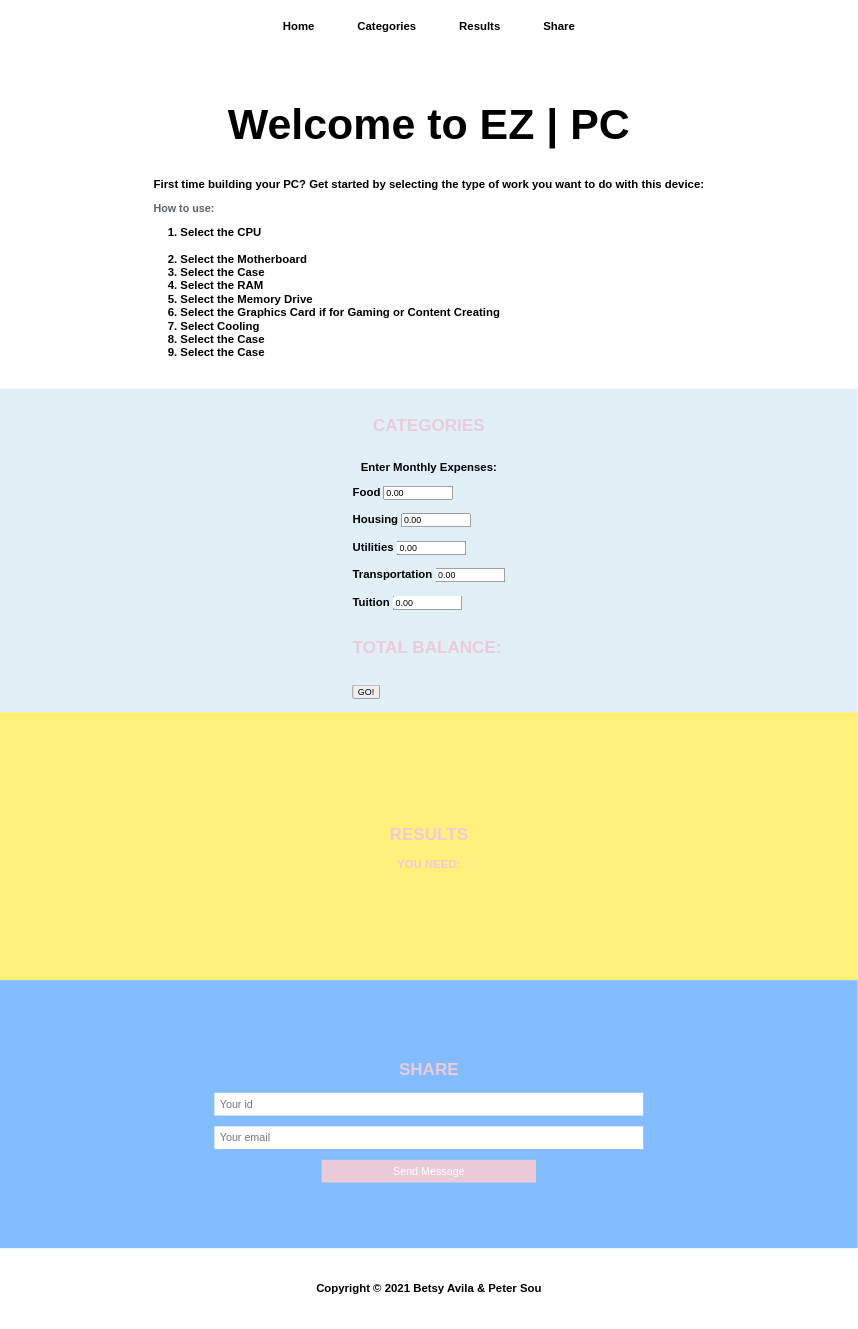
Repository: Peter-Sou/CSE-111-Project-1
Page: EZPCAPP/templates/EZPCAPP/hi.html
These files come from the project's save history. The page is drawn as it stood at one moment and after a run of saves; the edit follows.
The browser window is 1280 px wide. The pictures show the whole page, at 67% of full size.
Some web fonts or font styles are not loaded; a fallback is used. The page is served by the project's application, run on Django 3.2 (manage.py). The template is opened directly, without the code that normally fills it, so the values that code supplies are empty.

Above is the page before, as saved 2021-12-07 18:36:02.

After the next 3 saves:
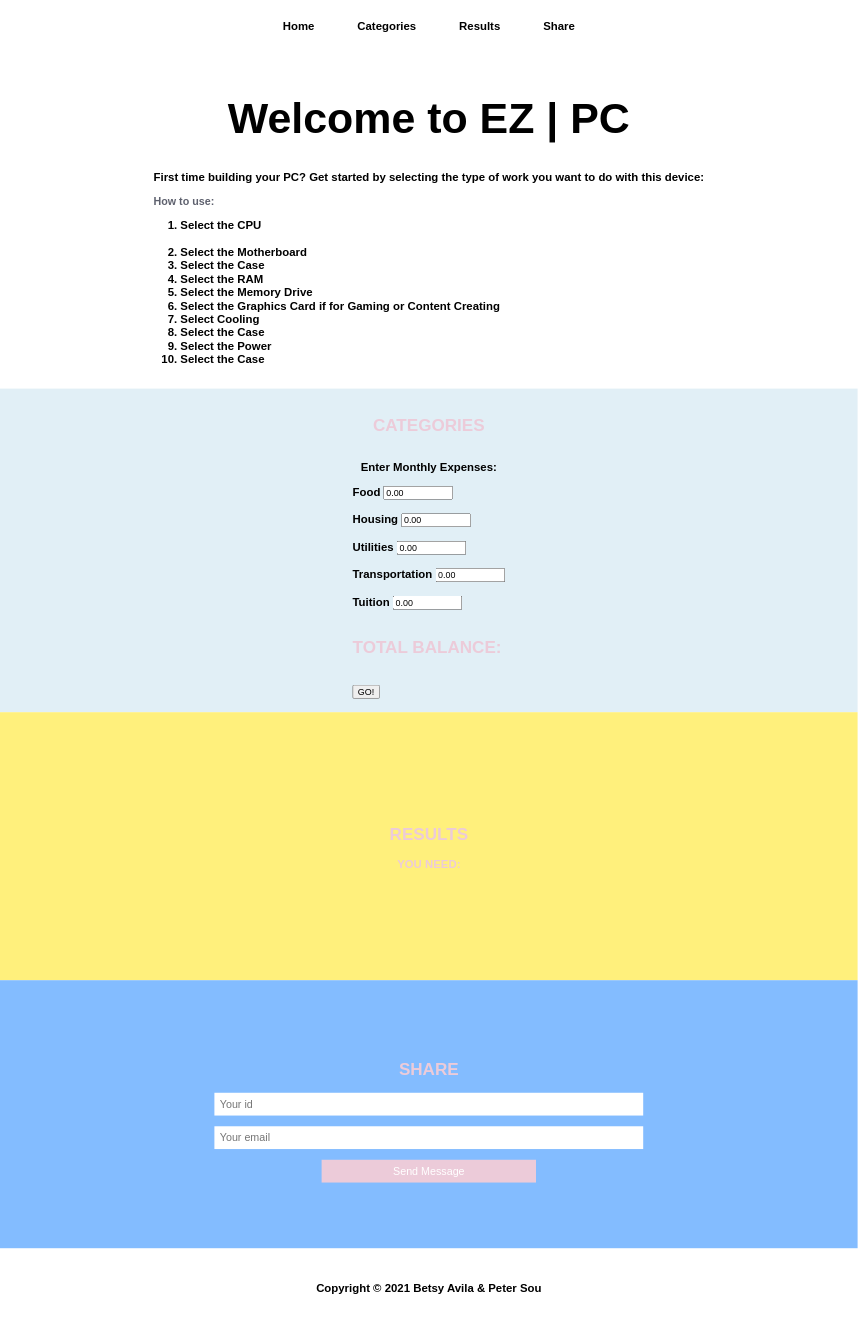
The 3 saves are shown as one change because they came seconds apart.
The last was saved 7 s later.
--- a/ezPC/EZPCAPP/templates/EZPCAPP/hi.html
+++ b/ezPC/EZPCAPP/templates/EZPCAPP/hi.html
@@ -37,6 +37,7 @@
                 <li>Select the Graphics Card if for Gaming or Content Creating</li>
                 <li>Select Cooling</li>
                 <li>Select the Case</li>
+                <li>Select the Power</li>
                 <li>Select the Case</li>
                 </ol>
         </div>
